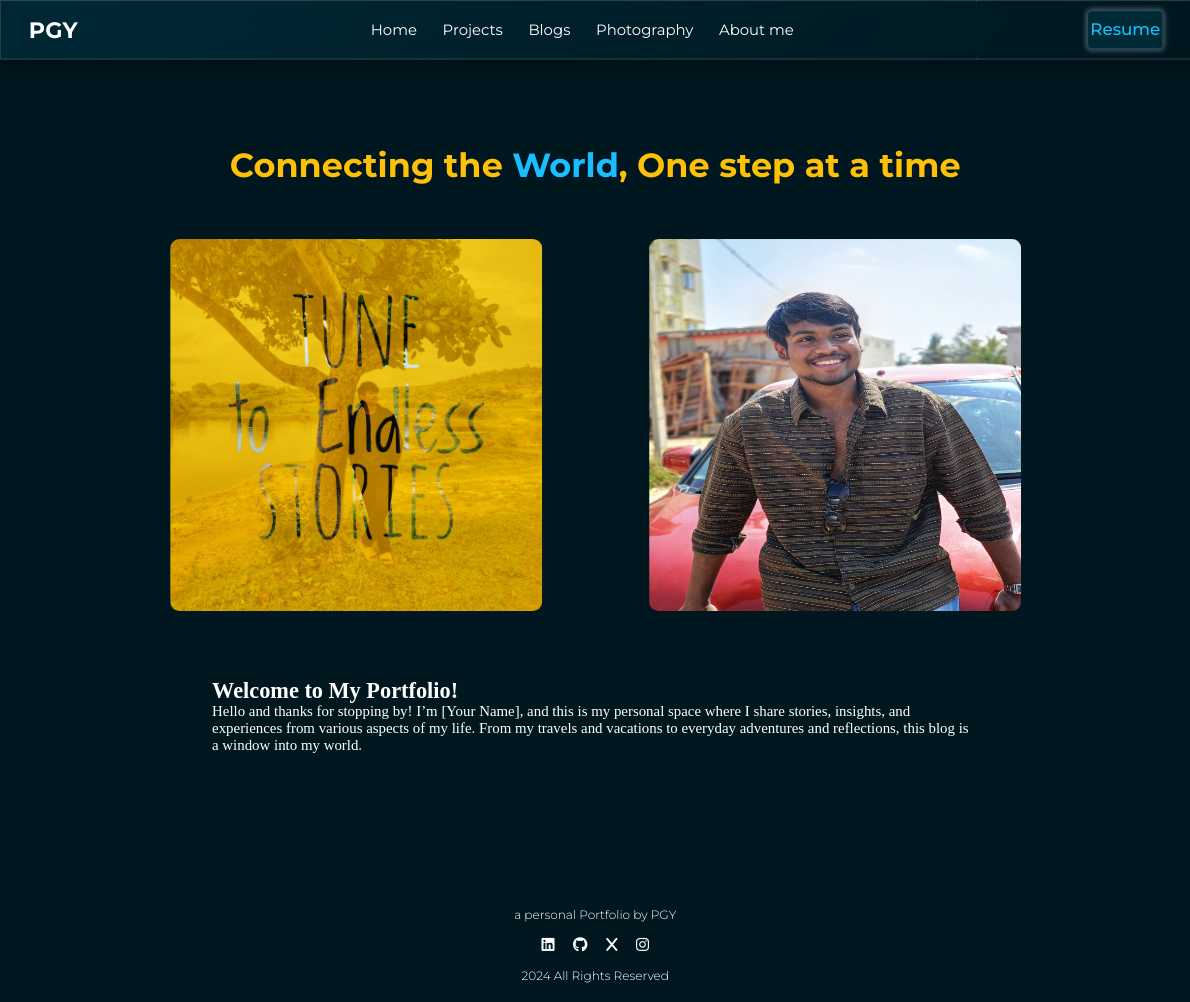
Repository: pgyunknown/pgyunknown
Page: blog.html
An editor plug-in stored every save of this project. The page is shown before and after a run of saves, followed by the edit.
The browser window is 1280 px wide. The pictures show the whole page, at 93% of full size.
Some web libraries are served in a nearby version.

Above is the page before, as saved 2024-08-14 20:39:56.

### blog.html
<!DOCTYPE html>
<html lang="en">
<head>
    <meta charset="UTF-8">
    <meta name="viewport" content="width=device-width, initial-scale=1.0">
    <title>Document</title>
    <link rel="stylesheet" href="blog.css">
    <link rel="preconnect" href="https://fonts.googleapis.com">
<link rel="preconnect" href="https://fonts.gstatic.com" crossorigin>
<link href="https://fonts.googleapis.com/css2?family=Libre+Baskerville:ital,wght@0,400;0,700;1,400&family=Montserrat:ital,wght@0,100..900;1,100..900&family=Titillium+Web:ital,wght@0,200;0,300;0,400;0,600;0,700;0,900;1,200;1,300;1,400;1,600;1,700&display=swap" rel="stylesheet">
<link rel="stylesheet" href="https://cdnjs.cloudflare.com/ajax/libs/font-awesome/6.6.0/css/all.min.css" integrity="sha512-Kc323vGBEqzTmouAECnVceyQqyqdsSiqLQISBL29aUW4U/M7pSPA/gEUZQqv1cwx4OnYxTxve5UMg5GT6L4JJg==" crossorigin="anonymous" referrerpolicy="no-referrer" />
</head>
<body>
    <header>
        <div class="pgy_con">
                <div class="pgy"><a href="#">PGY</a></div>
        </div>
        <nav>
                <div class="nav_bar">
                <a href="#" id="home">Home</a>
                <a href="#"id="projects">Projects</a>
                <a href="#"id="blogs">Blogs</a>
                <a href="#"id="photo">Photography</a>
                <a href="#"id="About">About me</a>
                </div>
            </nav>
        <div class="resume_con">
                <button>Resume</button>
        </div>
    </header>
        <main>
            <div class="heading"><h1>Connecting the <span>World</span>, One step at a time</h1></div>
        <div class="contianer">
        <div ><img src="imgs/personal.jpg" alt=""></div>
        <div ><img src="imgs/IMG20240227144332 (1).jpg" alt=""></div>
        </div>
        <div class="blog_intro">
        <article >
            <h1>Welcome to My Portfolio!</h1>
            <p>Hello and thanks for stopping by! I’m [Your Name], and this is my personal space where I share stories, insights, and experiences from various aspects of my life. From my travels and vacations to everyday adventures and reflections, this blog is a window into my world.</p>
        </article>
    </div>
    </main>
        <footer>
            <div class="footer_port">a personal Portfolio by PGY</div>
            <div class="footer_icons">
            <a href="https://www.linkedin.com/in/p-gokul-yadav-82548a295?utm_source=share&utm_campaign=share_via&utm_content=profile&utm_medium=android_app" alt="Gokul's linkedin profile" target="_blank"><i class="fa-brands fa-linkedin"></i></a>
            <a href="https://github.com/pgyunknown" alt="Gokul Github profile" target="_blank"><i class="fa-brands fa-github"></i></a>
            <a href="#"><i class="fa-brands fa-x" target="_blank"></i></a>
            <a href="#"><i class="fa-brands fa-instagram" target="_blank"></i></a>
        </div>
        <div class="copyrights">2024 All Rights Reserved</div>
    </footer>

</body>
</html>

### blog.css
*{margin: 0px;
    padding: 0px;
}
body{
    background-color: #00171F;
    color: white;
    box-sizing: border-box;


}
a{
    text-decoration: none;
    color: inherit;
}

header{
    display: flex;
    justify-content: space-between;
    align-items: center;
    padding: 10px;
    /* Glassy effect */
    background: linear-gradient(135deg, rgba(0, 200, 255, 0.1), rgba(255, 255, 255, 0));
    backdrop-filter: blur(10px);
    -webkit-backdrop-filter: blur(10px);
    border:1px solid rgba(255, 255, 255, 0.18);
    box-shadow: 0 8px 32px 0 rgba(0, 0, 0, 0.37);

    overflow: hidden;
    position: fixed; /* Set the navbar to fixed position */
    top: 0; /* Position the navbar at the top of the page */
    width: 100%;
}

.pgy_con
{
    margin-left: 20px;
    font-family: "Montserrat", sans-serif;
    font-optical-sizing: auto;
    font-size: x-large;
    font-weight: 700;
    font-style: normal;
    align-items: end;

}

.pgy_con .pgy a{
    text-decoration: none;
}
.nav_bar {
        /* height: 50px; */
    width: 500px;
    display: flex;
    justify-content: space-evenly;

    transition-property: all;
    transition-timing-function: ease-in-out;
    transition-delay: 1s;


}

.nav_bar a{
    box-sizing: border-box;
    font-family: "Montserrat", sans-serif;
    font-optical-sizing: auto;
    font-weight: 400;
    font-style: normal
    text-decoration: none;
    justify-content: space-around;
    align-items: center;
    padding: 5px ;
}

.nav_bar a:hover{
    color: #FFC107;
    text-shadow: #FFC107 0px 0px  1px;
    border-bottom: 0.5px solid #FFC107;


}


.resume_con {
    display: flex;
    justify-content: center;
    margin-right: 20px;
    background-color: #00171F;
    margin-right: 40px;
}
.resume_con button{
    background-color:rgba(0, 200, 255, 0.1);
    box-sizing: content-box;
    height: 40px;
    width: 80px;
    font-family: "Montserrat", sans-serif;
    font-optical-sizing: auto;
    font-size: large;
    font-weight: 500;
    font-style: normal;
    color: #1ABEFF;
    border: 0.0001px solid #3c555f;
    border-radius: 5px;
    box-shadow: 0px 0px 5px 2px #3c555f;

}
main{
    display: flex;
    flex-direction: column;
    justify-content:space-around;
    align-items: center;
    padding: 70px;
    margin: 55px;
}
.heading{
    display: flex;
    margin: 30px;
    padding-bottom: 20px;
    font-family: "Montserrat", sans-serif;
    font-optical-sizing: auto;
    font-size: large;
    font-weight: 500;
    font-style: normal;
    color: #FFC107;
}

main .heading span{
    color: #1ABEFF;
}
.contianer{
    height: 400px;
    width:100%;
    padding: 10px;

    display: flex;
    justify-content: space-around;
    align-items: center;
    flex-direction: row;

}
.contianer img{
    height: 400px;
    width: 400px;
    border-radius:10px;
    /* border: 1px solid #2792bd; */
    /* box-shadow: 0px 0px 35px 1px #2792bd; */


}
main article{
    padding-top:20px;
}

.blog_intro{
    padding: 40px;
    width: 80%;
}


footer{
    display: flex;
    flex-direction:column;
    justify-content: space-evenly;
    align-items: center;
    margin-bottom: 20px;

    font-family: "Montserrat", sans-serif;
    font-optical-sizing: auto;
    font-size: small;
    font-weight: 300;
    font-style: normal;
}

.footer_icons{
    display: flex;
    justify-content: center;
    align-items: center;
    width: 50px;
    height: 50px;
}



.copyrights{
    display: flex;
    justify-content: center;
    align-items: center;
}

.footer_icons a{
font-size: medium;
padding: 10px;
width: 50px;
height: 50px;
display: flex;
justify-content: center;
align-items: center;
}

After the next 2 saves:
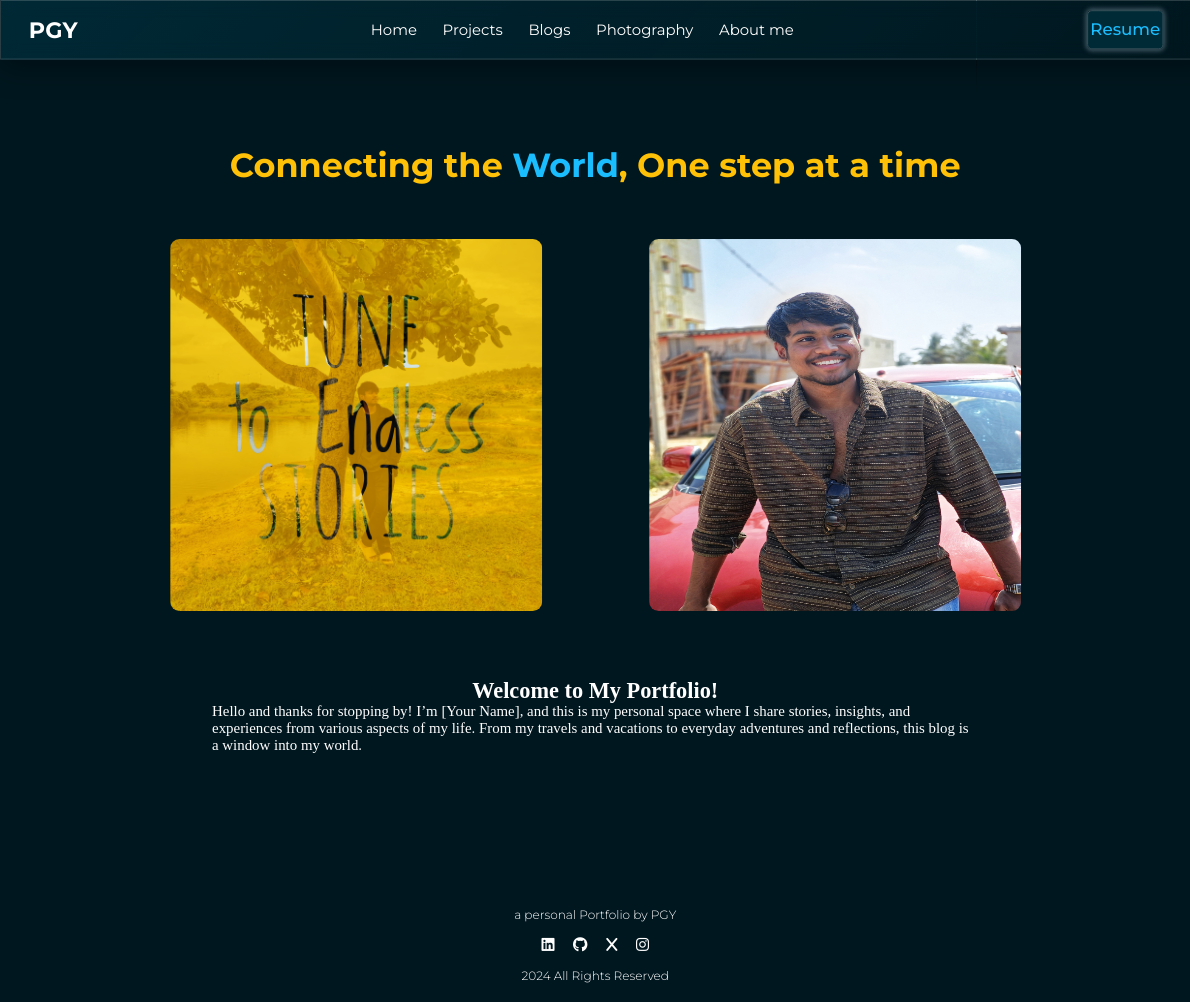
The 2 saves are shown as one change because they came seconds apart.
The last was saved 13 s later.
--- a/blog.css
+++ b/blog.css
@@ -153,6 +153,10 @@
 .blog_intro{
     padding: 40px;
     width: 80%;
+}
+
+.blog_intro h1{
+    text-align: center;
 }
 
 
